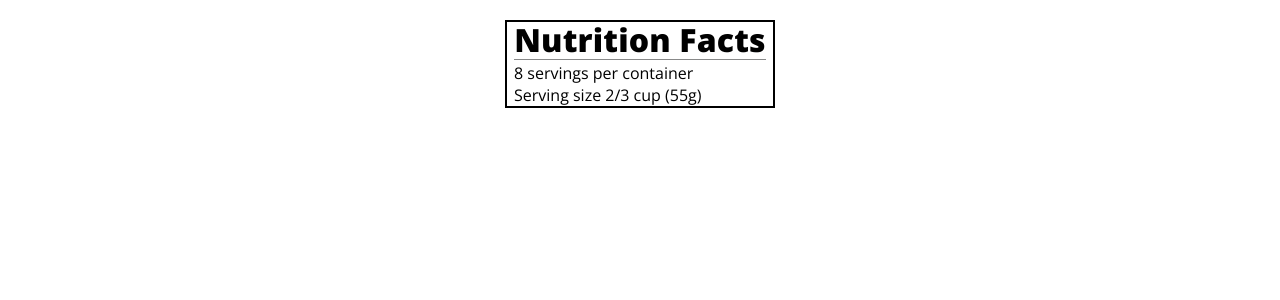
Repository: cipdanila/freeCodeCamp
Page: NutritionLabel/index.html
These files come from the project's save history. The page is drawn as it stood at one moment and after the next save; the edit follows.
The browser window is 1280 px wide. The pictures show the whole page.

Above is the page before, as saved 2023-10-09 19:33:39.

### NutritionLabel/index.html
<!DOCTYPE html>
<html lang="en">
<head>
    <meta charset="UTF-8">
    <meta name="viewport" content="width=device-width, initial-scale=1.0">
    <title>Nutrition Label</title>
    <link rel="stylesheet" href="https://fonts.googleapis.com/css?family=Open+Sans:400,700,800">
    <link rel="stylesheet" href="styles.css">
</head>
<body>
    <div class="label">
        <h1>Nutrition Facts</h1>
        <div class="divider"></div>
        <p>8 servings per container</p>
        <p class="bold">Serving size 2/3 cup (55g)</p>
    </div>
</body>
</html>

### NutritionLabel/styles.css
* {
    box-sizing: border-box;
}

html {
    font-size: 16px;
}

body {
    font-family: "Open Sans", sans-serif;
}

.label {
    border: 2px solid black;
    width: 270px;
    margin: 20px auto;
    padding: 0 7px;
}

h1 {
    font-weight: 800;
    text-align: center;
    margin: -4px 0;
    letter-spacing: 0.15px;
}

p {
    margin: 0;
}

.divider {
    border-bottom: 1px solid #888989;
    margin: 2px 0;
}

After the next save:
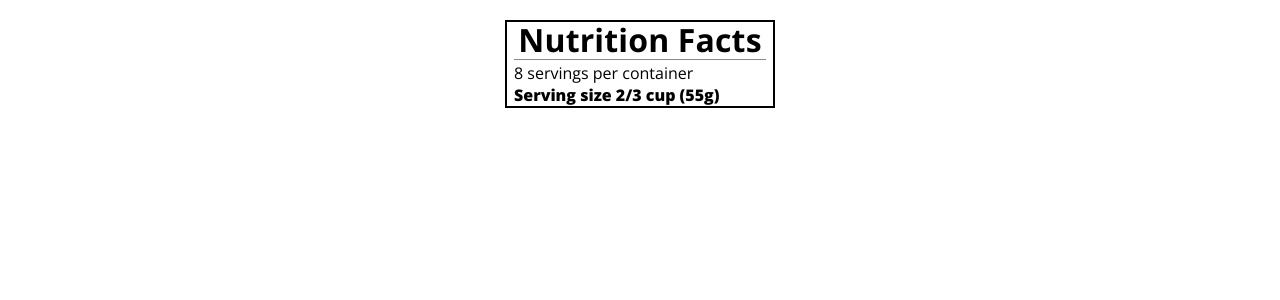
Saved 92 s later.
--- a/NutritionLabel/styles.css
+++ b/NutritionLabel/styles.css
@@ -17,8 +17,11 @@
     padding: 0 7px;
 }
 
+.bold {
+    font-weight: 800;
+}
+
 h1 {
-    font-weight: 800;
     text-align: center;
     margin: -4px 0;
     letter-spacing: 0.15px;
